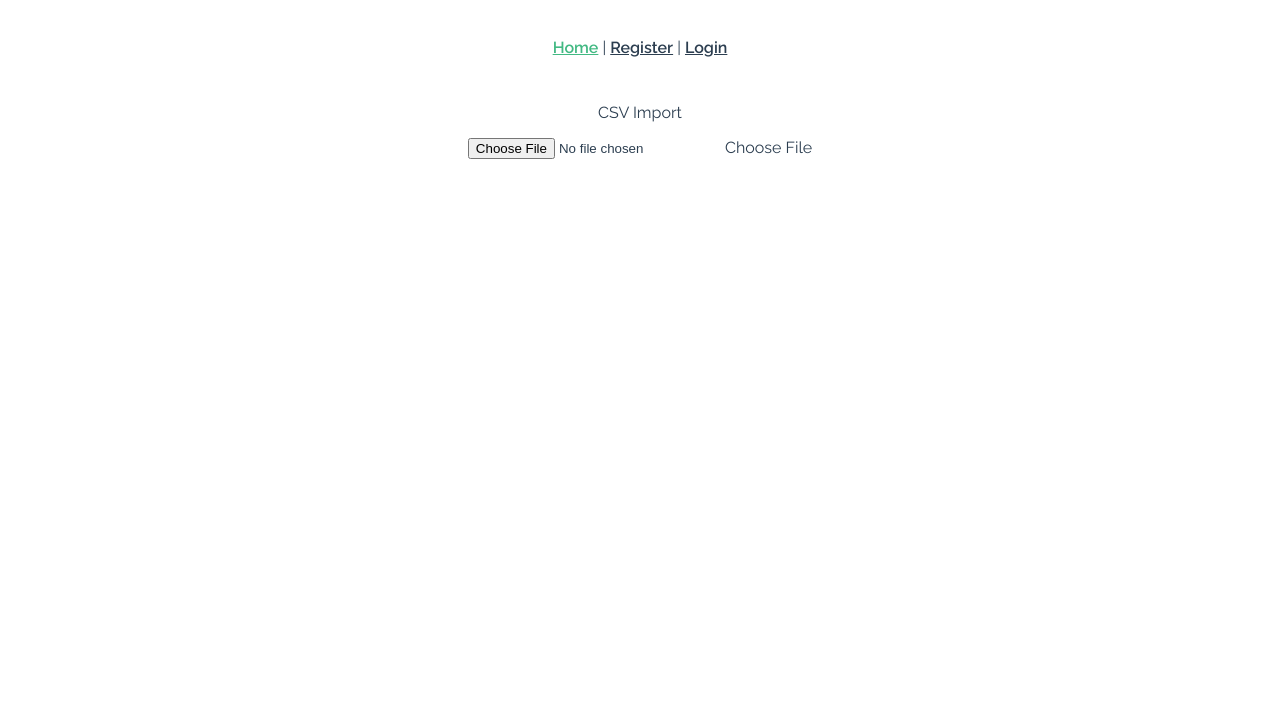
Repository: Flypr/licentaCSV
Page: /
These files come from the project's save history. The page is drawn as it stood at one moment and after the next save; the edit follows.
The browser window is 1280 px wide. The page is 1280 px wide, then 1288 px, so the pictures cover 1288 px, including what lies to the right of the window. The pictures show the whole page.
The project was rebuilt for these pictures with package versions that can differ from the ones it lists, and the page was loaded fresh each time.

Above is the page before, as saved 2021-03-16 18:11:11.

### public/index.html
<!DOCTYPE html>
<html lang="">
  <head>
    <meta charset="utf-8">
    <meta http-equiv="X-UA-Compatible" content="IE=edge">
    <meta name="viewport" content="width=device-width,initial-scale=1.0">
    <link rel="icon" href="<%= BASE_URL %>favicon.ico">
    <title><%= htmlWebpackPlugin.options.title %></title>

    <link rel="preconnect" href="https://fonts.gstatic.com">
    <link
        href="https://fonts.googleapis.com/css2?family=Raleway:ital,wght@0,200;0,300;0,400;0,600;1,100;1,200;1,300;1,400&display=swap"
        rel="stylesheet">
    <!-- <link rel="stylesheet" type="text/css" href="../src/assets/style.css"> -->

  </head>
  <body>
    <noscript>
      <strong>We're sorry but <%= htmlWebpackPlugin.options.title %> doesn't work properly without JavaScript enabled. Please enable it to continue.</strong>
    </noscript>
    <div id="app"></div>
    <!-- built files will be auto injected -->
  </body>
</html>

### src/App.vue
<template>
  <div id="app">
    <Nav></Nav>
    <router-view />
  </div>
</template>

<script>
import Nav from '@/components/Nav'
export default {
  name: 'App',
  components: {
    Nav
  }
}
</script>

<style>
#app {
  font-family: Raleway, Helvetica, Arial, sans-serif;
  -webkit-font-smoothing: antialiased;
  -moz-osx-font-smoothing: grayscale;
  text-align: center;
  color: #2c3e50;
  margin: 0;
  padding: 0;
}
</style>

### src/router/index.js
import Vue from "vue";
import VueRouter from "vue-router";

Vue.use(VueRouter);

const routes = [
  {
    path: "/",
    name: "Home",
    component: () =>
      import(/* webpackChunkName: "Home" */ "../views/Home.vue")
  },
  {
    path: "/register",
    name: "Register",
    component: () =>
      import(/* webpackChunkName: "register" */ "../views/Register.vue")
  },
  {
    path: "/login",
    name: "Login",
    component: () =>
      import(/* webpackChunkName: "login" */ "../views/Login.vue")
  }
];

const router = new VueRouter({
  mode: 'history',
  routes
});

export default router;

### src/components/Nav.vue
<template>
    <div id="nav">
      <router-link to="/">Home</router-link> |
      <router-link to="/register">Register</router-link> |
      <router-link to="/login">Login</router-link>
    </div>
</template>

<script>
export default {
    name: 'Nav'
}
</script>

<style scoped>
#nav {
  padding: 30px;
}

#nav a {
  font-weight: bold;
  color: #2c3e50;
}

#nav a.router-link-exact-active {
  color: #42b983;
}
</style>

### src/views/Home.vue
<template>
    <div class="container">
        <div class="row">
            <div class="title-text">
                <p>CSV Import</p>
            </div>
        </div>
        <div class="row file-btn">
            <label class="custom-file-upload">
                <input type="file" id="csv" name="csv_file" class="button-control" @change="loadCSV($event)">
                Choose File
            </label>
        </div>
        <table v-if="parse_csv">
            <thead>
                <tr>
                    <th v-for="key in parse_header"
                        @click="sortBy(key)"
                        :class="{ active: sortKey == key }"
                        :key="key"
                    >
                        {{ key | capitalize }}
                        <span class="arrow" :class="sortOrders[key] > 0 ? 'asc' : 'dsc'"></span>
                    </th>
                </tr>
            </thead>
            <tr v-for="csv in parse_csv" :key="csv">
                <td v-for="key in parse_header" :key="key">
                    {{ csv[key] }}
                </td>
            </tr>
        </table>
    </div>
</template>

<script>
export default {
    name: 'Home',
    data() {
        return {
            channel_name: '',
            channel_fields: [],
            channel_entries: [],
            parse_header: [],
            parse_csv: [],
            sortOrders:{},
            sortKey: '',
            result: []
        }
    },
    filters: {
      capitalize: function (str) {
        return str.charAt(0).toUpperCase() + str.slice(1)
      }
    },
    methods: {
      sortBy(key) {
        var vm = this
        vm.sortKey = key
        vm.sortOrders[key] = vm.sortOrders[key] * -1
      },
      csvJSON(csv){
        var vm = this
        var lines = csv.split("\n")
        var result = []
        var headers = lines[0].split(",")
        vm.parse_header = lines[0].split(",")
        lines[0].split(",").forEach(function (key) {
          vm.sortOrders[key] = 1
        })

        lines.map(function(line, indexLine){
          if (indexLine < 1) return // Jump header line

          var obj = {}
          var currentline = line.split(",")

          headers.map(function(header, indexHeader){
            obj[header] = currentline[indexHeader]
          })

          result.push(obj)
        })

        result.pop() // remove the last item because undefined values

        return result // JavaScript object
      },
      loadCSV(e) {
        var vm = this
        if (window.FileReader) {
          var reader = new FileReader();
          reader.readAsText(e.target.files[0]);
          // Handle errors load
          reader.onload = function(event) {
            var csv = event.target.result;
            vm.parse_csv = vm.csvJSON(csv)

          };
          reader.onerror = function(evt) {
            if(evt.target.error.name == "NotReadableError") {
              alert("Canno't read file !");
            }
          };
        } else {
          alert('FileReader are not supported in this browser.');
        }
      },

    }
}
</script>

<style scoped>

</style>

Loaded but not shown: src/main.js (common file); src/store/index.js (common file)

After the next save:
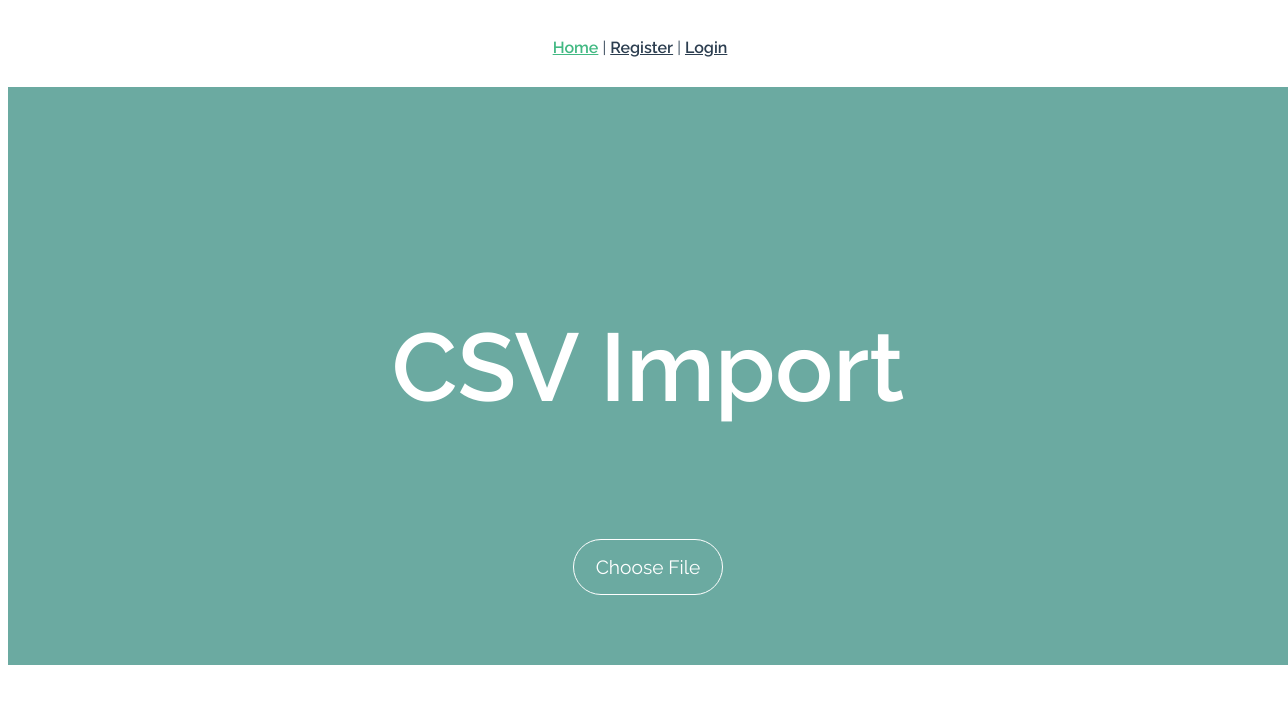
Saved 33 s later.
--- a/src/views/Home.vue
+++ b/src/views/Home.vue
@@ -112,5 +112,82 @@ export default {
 </script>
 
 <style scoped>
+html,
+body {
+    margin: 0;
+    padding: 0;
+    font-size: 20px;
+    font-family: Raleway, Arial, Helvetica, sans-serif;
+}
 
+.container {
+    width: 100vw;
+    /* height: 100vw; */
+    background-color: #6baaa1;
+}
+
+.title-text {
+    padding-top: 10%;
+    font-size: 600%;
+    font-weight: 600;
+    text-align: center;
+    color: #fff;
+}
+
+.file-btn {
+    padding: 20px;
+    text-align: center;
+}
+
+input[type=file] {
+    display: none;
+}
+
+.custom-file-upload,
+.custom-file-upload:visited {
+    border: 1px solid #fff;
+    border-radius: 50px;
+    display: inline-block;
+    padding: 16px 22px;
+    cursor: pointer;
+    font-size: 120%;
+    font-weight: 400;
+    color: #fff;
+    transition: background-color 0.2s, color 0.2s;
+}
+
+.custom-file-upload:hover {
+    background-color: #fff;
+    color: #6baaa1;
+}
+
+h1,
+h2,
+h3,
+h4,
+h5,
+h6 {
+    margin: 0;
+}
+
+table {
+    border-collapse: collapse;
+    margin: 50px auto;
+}
+
+thead {
+    background-color: #fff;
+    color: #6baaa1;
+}
+
+tbody {
+    color: #fff;
+}
+
+td,
+th {
+    border: 1px solid #fff;
+    text-align: left;
+    padding: 16px 26px;
+}
 </style>
